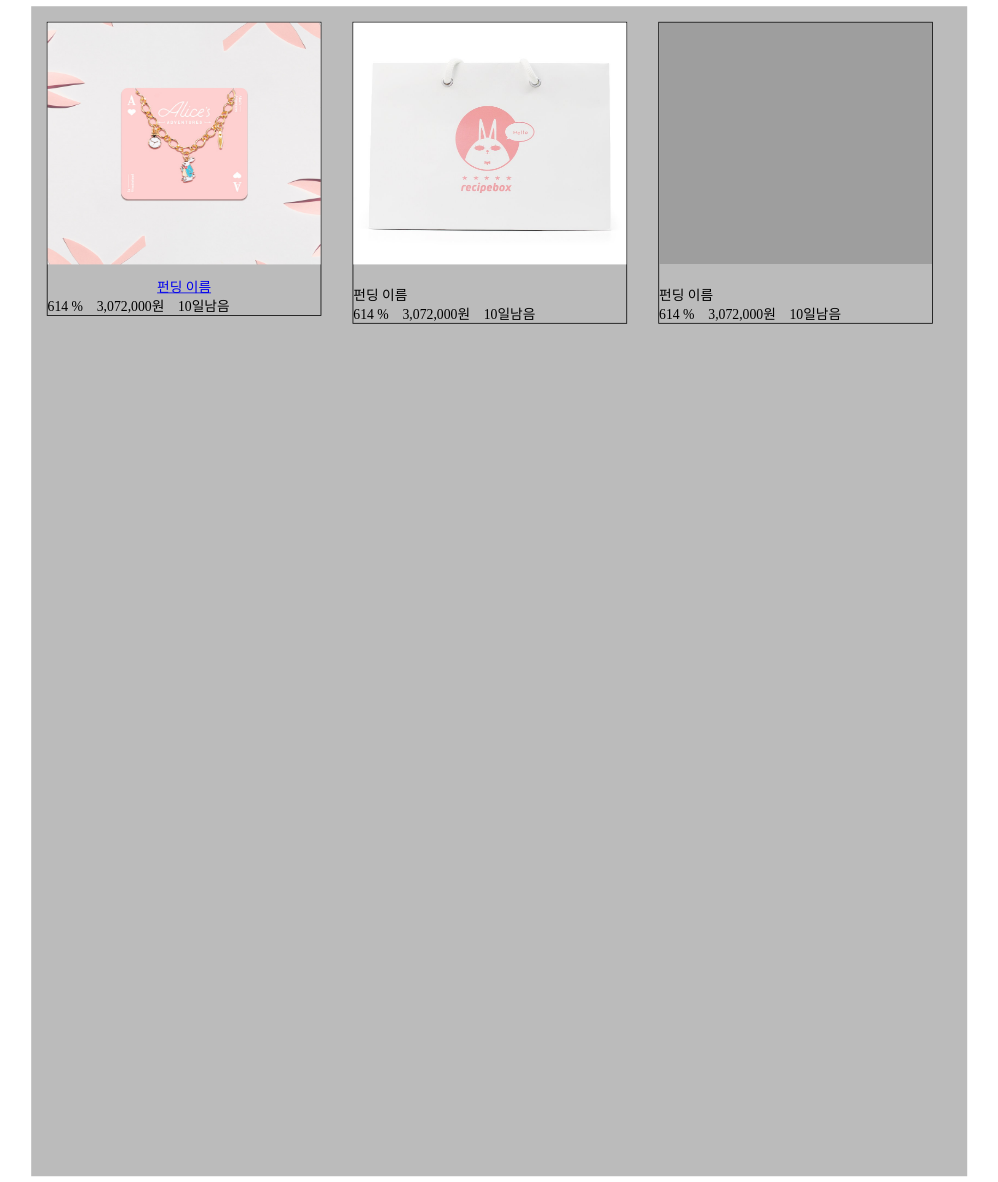
Repository: GroundPark/team6
Page: http://localhost/lefthand/page/product/funding_list.jsp
An editor plug-in stored every save of this project. The page is shown before and after the next save, followed by the edit.
The browser window is 1280 px wide. The pictures show the whole page, at 78% of full size.
Pictures or frames that could not be fetched are drawn as grey boxes. The page is served by Tomcat 9.

Above is the page before, as saved 2021-11-20 17:13:05.

After the next save:
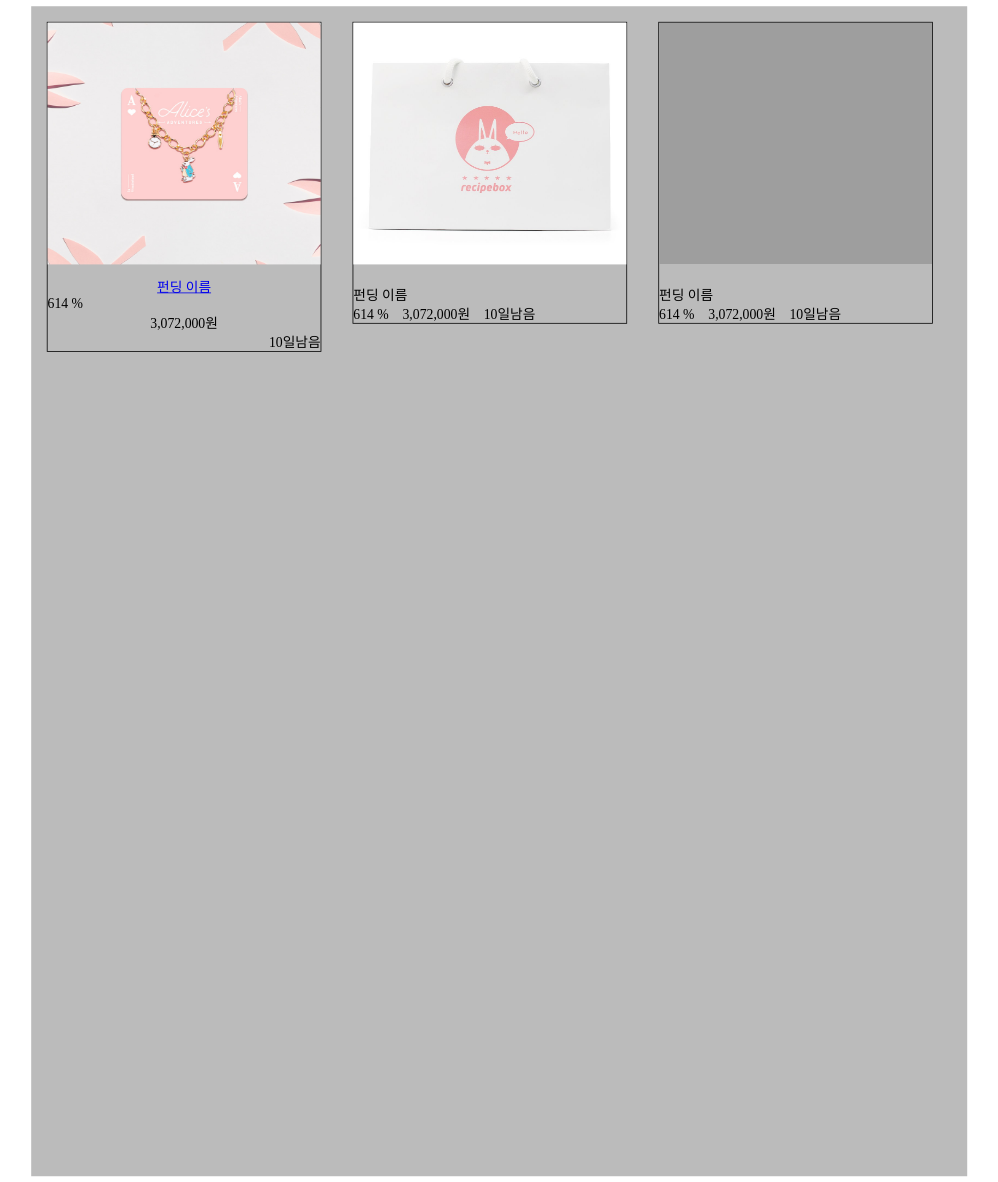
Saved 71 s later.
--- a/lefthand/WebContent/page/product/funding_list.jsp
+++ b/lefthand/WebContent/page/product/funding_list.jsp
@@ -17,7 +17,10 @@
 <div class="funding_contents">
 <div class="funding">
 	<a href="#"><img src="../funding/img/fd101_info_1.jpg" style="width:350px; height:310px; padding-bottom:15px;" /></a>
-	<div style="text-align:center;"><a href="#">펀딩 이름</a></div>614 % &nbsp;&nbsp; 3,072,000원 &nbsp;&nbsp; 10일남음
+	<div style="text-align:center;"><a href="#">펀딩 이름</a></div>
+	<div style="text-align:left;"> 614 % </div>
+	<div style="text-align:center;"> 3,072,000원 </div>
+	<div style="text-align:right;"> 10일남음 </div>
 </div>
 
 <div class="funding">

After the save that followed:
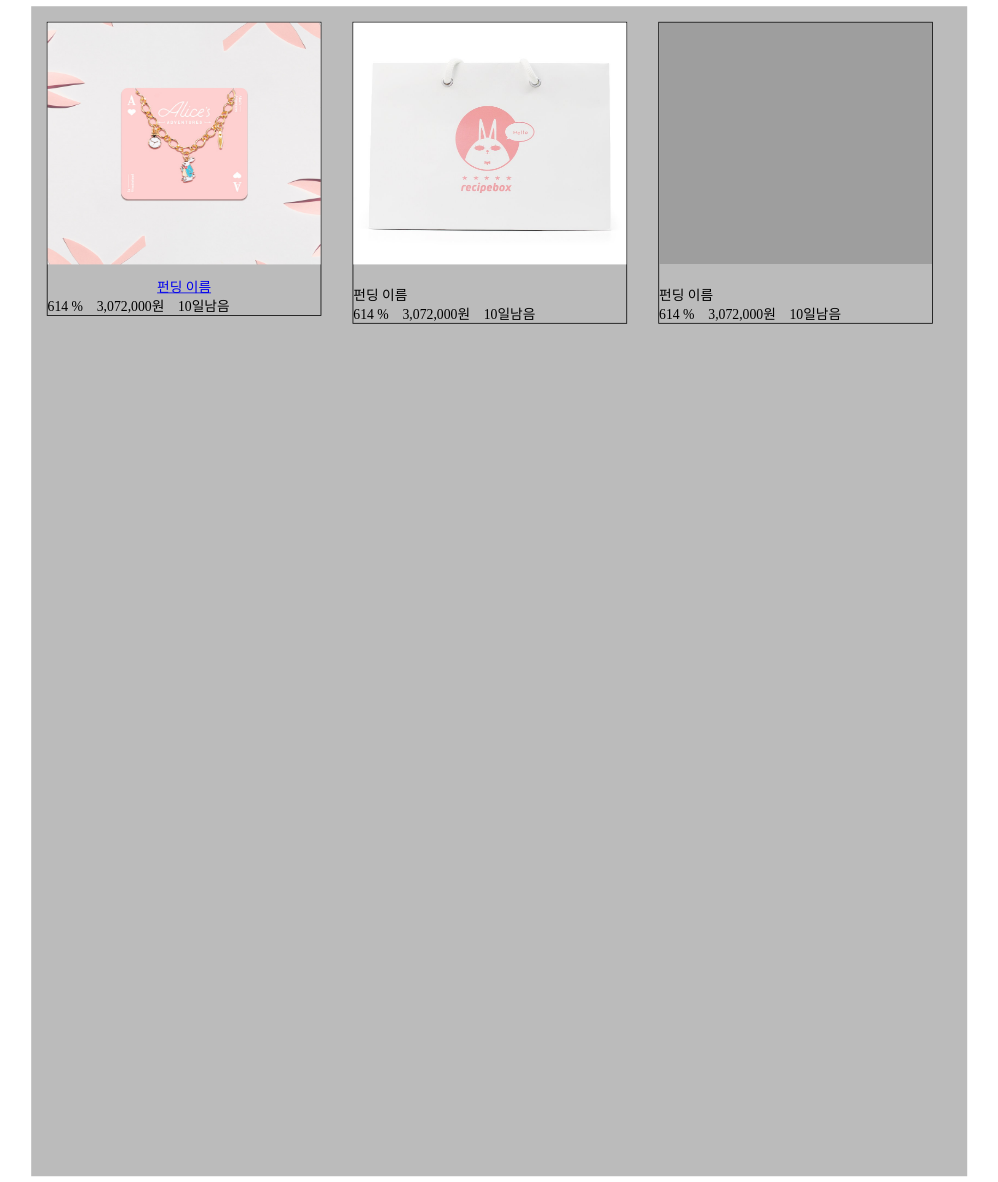
Saved 3 min 0 s later.
--- a/lefthand/WebContent/page/product/funding_list.jsp
+++ b/lefthand/WebContent/page/product/funding_list.jsp
@@ -18,9 +18,7 @@
 <div class="funding">
 	<a href="#"><img src="../funding/img/fd101_info_1.jpg" style="width:350px; height:310px; padding-bottom:15px;" /></a>
 	<div style="text-align:center;"><a href="#">펀딩 이름</a></div>
-	<div style="text-align:left;"> 614 % </div>
-	<div style="text-align:center;"> 3,072,000원 </div>
-	<div style="text-align:right;"> 10일남음 </div>
+	<div>614 % &nbsp;&nbsp; 3,072,000원 &nbsp;&nbsp; 10일남음</div>
 </div>
 
 <div class="funding">
